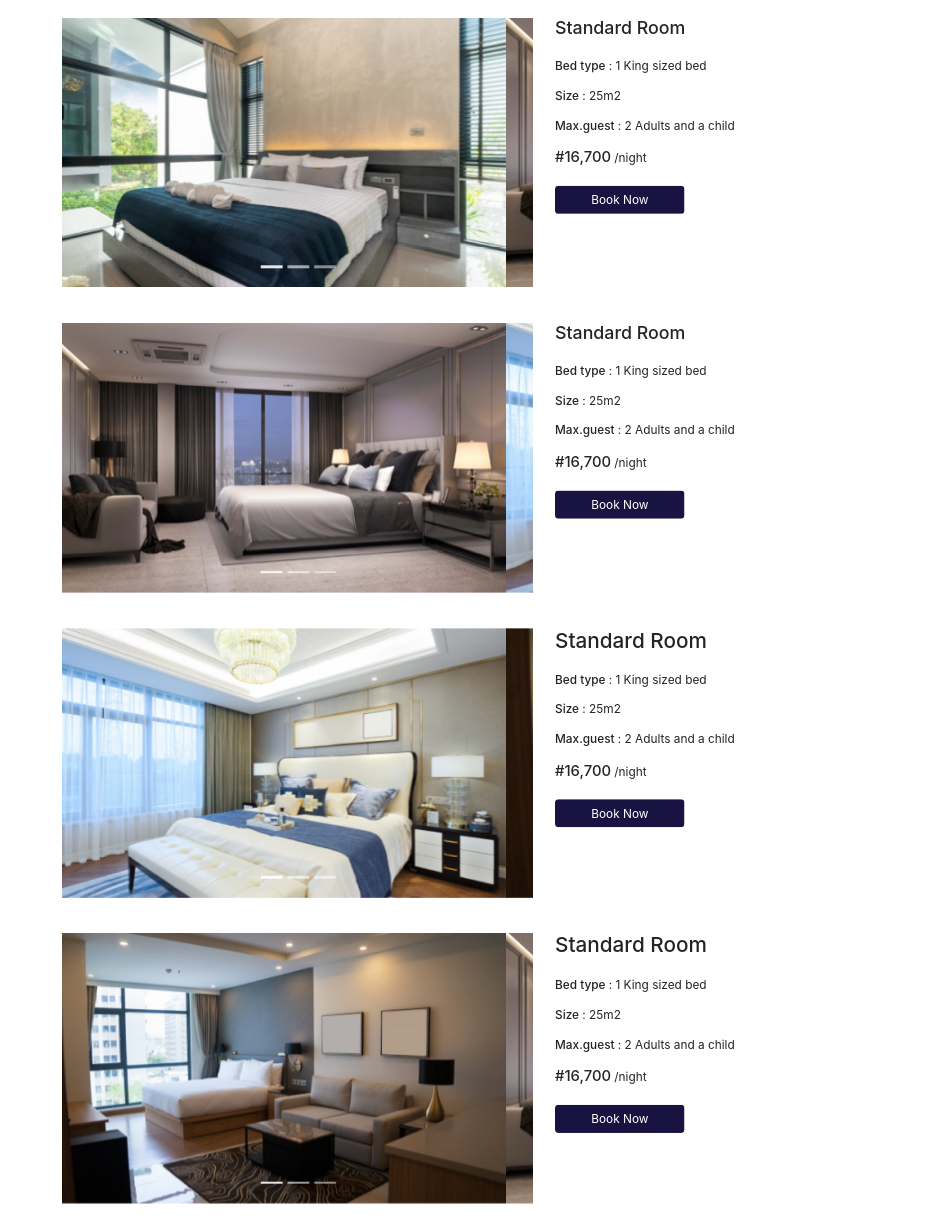
Repository: Syfon01/hotel-website
Page: room.html
An editor plug-in stored every save of this project. The page is shown before and after a run of saves, followed by the edit.
The browser window is 1280 px wide. The pictures show the whole page, at 74% of full size.

Above is the page before, as saved 2020-06-08 15:54:02.

### room.html
<!doctype html>
<html lang="en">
  <head>
    <title>Title</title>
    <!-- Required meta tags -->
    <meta charset="utf-8">
    <meta name="viewport" content="width=device-width, initial-scale=1, shrink-to-fit=no">

    <!-- Bootstrap CSS -->
    <link rel="stylesheet" href="https://stackpath.bootstrapcdn.com/bootstrap/4.3.1/css/bootstrap.min.css" integrity="sha384-ggOyR0iXCbMQv3Xipma34MD+dH/1fQ784/j6cY/iJTQUOhcWr7x9JvoRxT2MZw1T" crossorigin="anonymous">
    <link rel="stylesheet" href="room.css">
  </head>
  <body>
      <div class="container">
        <div class="row py-4">
          <div class="col-md-7 col-lg-7 col-12 col-sm-12">
            <div id="carouselExampleIndicators" class="carousel slide" data-ride="carousel">
              <ol class="carousel-indicators">
                <li data-target="#carouselExampleIndicators" data-slide-to="0" class="active"></li>
                <li data-target="#carouselExampleIndicators" data-slide-to="1"></li>
                <li data-target="#carouselExampleIndicators" data-slide-to="2"></li>
              </ol>
              <div class="carousel-inner">
                <div class="carousel-item active">
                  <img src="./img/hotel1.png" class="d-block w-100 h-50 img-fluid" alt="...">
                </div>
                <div class="carousel-item">
                  <img src="./img/hotel2.png" class="d-block w-100 img-fluid" alt="...">
                </div>
                <div class="carousel-item">
                  <img src="./img/hotel3.png" class="d-block w-100 img-fluid" alt="...">
                </div>
              </div>

            </div>
          </div>
          <div class="col-md-5 col-lg-5 col-12 col-sm-12">
            <h4 class="text-purple mb-4">Standard Room</h4>
            <p class="text-purple"><span class="p-font-weight">Bed type </span>: 1 King sized bed</p>
            <p class="text-purple"><span class="p-font-weight">Size</span> : 25m2</p>
            <p class="text-purple"><span class="p-font-weight">Max.guest </span>: 2 Adults and a child</p>
            <p class="text-purple mb-4"><span class="p-font-weight p-20">#16,700</span> /night</p>
            <button class="btn btn-purple px-5">Book Now</button>
          </div>
        </div>

        <div class="row py-4">
          <div class="col-md-7 col-lg-7 col-12 col-sm-12">
            <div id="carouselExampleIndicators" class="carousel slide" data-ride="carousel">
              <ol class="carousel-indicators">
                <li data-target="#carouselExampleIndicators" data-slide-to="0" class="active"></li>
                <li data-target="#carouselExampleIndicators" data-slide-to="1"></li>
                <li data-target="#carouselExampleIndicators" data-slide-to="2"></li>
              </ol>
              <div class="carousel-inner">
                <div class="carousel-item active">
                  <img src="./img/hotel2.png" class="d-block w-100 h-50 img-fluid" alt="...">
                </div>
                <div class="carousel-item">
                  <img src="./img/hotel3.png" class="d-block w-100 img-fluid" alt="...">
                </div>
                <div class="carousel-item">
                  <img src="./img/hotel4.png" class="d-block w-100 img-fluid" alt="...">
                </div>
              </div>

            </div>
          </div>
          <div class="col-md-5 col-lg-5 col-12 col-sm-12">
            <h4 class="text-purple mb-4">Standard Room</h4>
            <p class="text-purple"><span class="p-font-weight">Bed type </span>: 1 King sized bed</p>
            <p class="text-purple"><span class="p-font-weight">Size</span> : 25m2</p>
            <p class="text-purple"><span class="p-font-weight">Max.guest </span>: 2 Adults and a child</p>
            <p class="text-purple mb-4"><span class="p-font-weight p-20">#16,700</span> /night</p>
            <button class="btn btn-purple px-5">Book Now</button>
          </div>
        </div>

        <div class="row py-4">
          <div class="col-md-7 col-lg-7 col-12 col-sm-12">
            <div id="carouselExampleIndicators" class="carousel slide" data-ride="carousel">
              <ol class="carousel-indicators">
                <li data-target="#carouselExampleIndicators" data-slide-to="0" class="active"></li>
                <li data-target="#carouselExampleIndicators" data-slide-to="1"></li>
                <li data-target="#carouselExampleIndicators" data-slide-to="2"></li>
              </ol>
              <div class="carousel-inner">
                <div class="carousel-item active">
                  <img src="./img/hotel3.png" class="d-block w-100 h-50 img-fluid" alt="...">
                </div>
                <div class="carousel-item">
                  <img src="./img/hotel4.png" class="d-block w-100 img-fluid" alt="...">
                </div>
                <div class="carousel-item">
                  <img src="./img/hotel1.png" class="d-block w-100 img-fluid" alt="...">
                </div>
              </div>

            </div>
          </div>
          <div class="col-md-5 col-lg-5 col-12 col-sm-12">
            <h3 class="text-purple mb-4">Standard Room</h3>
            <p class="text-purple"><span class="p-font-weight">Bed type </span>: 1 King sized bed</p>
            <p class="text-purple"><span class="p-font-weight">Size</span> : 25m2</p>
            <p class="text-purple"><span class="p-font-weight">Max.guest </span>: 2 Adults and a child</p>
            <p class="text-purple mb-4"><span class="p-font-weight p-20">#16,700</span> /night</p>
            <button class="btn btn-purple px-5">Book Now</button>
          </div>
        </div>

        <div class="row py-4">
          <div class="col-md-7 col-lg-7 col-12 col-sm-12">
            <div id="carouselExampleIndicators" class="carousel slide" data-ride="carousel">
              <ol class="carousel-indicators">
                <li data-target="#carouselExampleIndicators" data-slide-to="0" class="active"></li>
                <li data-target="#carouselExampleIndicators" data-slide-to="1"></li>
                <li data-target="#carouselExampleIndicators" data-slide-to="2"></li>
              </ol>
              <div class="carousel-inner">
                <div class="carousel-item active">
                  <img src="./img/hotel4.png" class="d-block w-100 h-50 img-fluid" alt="...">
                </div>
                <div class="carousel-item">
                  <img src="./img/hotel2.png" class="d-block w-100 img-fluid" alt="...">
                </div>
                <div class="carousel-item">
                  <img src="./img/hotel1.png" class="d-block w-100 img-fluid" alt="...">
                </div>
              </div>

            </div>
          </div>
          <div class="col-md-5 col-lg-5 col-12 col-sm-12">
            <h3 class="text-purple mb-4">Standard Room</h3>
            <p class="text-purple"><span class="p-font-weight">Bed type </span>: 1 King sized bed</p>
            <p class="text-purple"><span class="p-font-weight">Size</span> : 25m2</p>
            <p class="text-purple"><span class="p-font-weight">Max.guest </span>: 2 Adults and a child</p>
            <p class="text-purple mb-4"><span class="p-font-weight p-20">#16,700</span> /night</p>
            <button class="btn btn-purple px-5">Book Now</button>
          </div>
        </div>
      </div>
    <!-- Optional JavaScript -->
    <!-- jQuery first, then Popper.js, then Bootstrap JS -->
    <script src="https://code.jquery.com/jquery-3.3.1.slim.min.js" integrity="sha384-q8i/X+965DzO0rT7abK41JStQIAqVgRVzpbzo5smXKp4YfRvH+8abtTE1Pi6jizo" crossorigin="anonymous"></script>
    <script src="https://cdnjs.cloudflare.com/ajax/libs/popper.js/1.14.7/umd/popper.min.js" integrity="sha384-UO2eT0CpHqdSJQ6hJty5KVphtPhzWj9WO1clHTMGa3JDZwrnQq4sF86dIHNDz0W1" crossorigin="anonymous"></script>
    <script src="https://stackpath.bootstrapcdn.com/bootstrap/4.3.1/js/bootstrap.min.js" integrity="sha384-JjSmVgyd0p3pXB1rRibZUAYoIIy6OrQ6VrjIEaFf/nJGzIxFDsf4x0xIM+B07jRM" crossorigin="anonymous"></script>
  </body>
</html>

### room.css
.text-purple:{
 color: #333333
}
.p-font-weight{
  font-weight: 500;
}
.p-20{
  font-size: 20px;
}
p{
  line-height: ;
}
.btn-purple{
  background-color: #191341;
  color: #fff;
  border-radius: 5px;
}

After the next 2 saves:
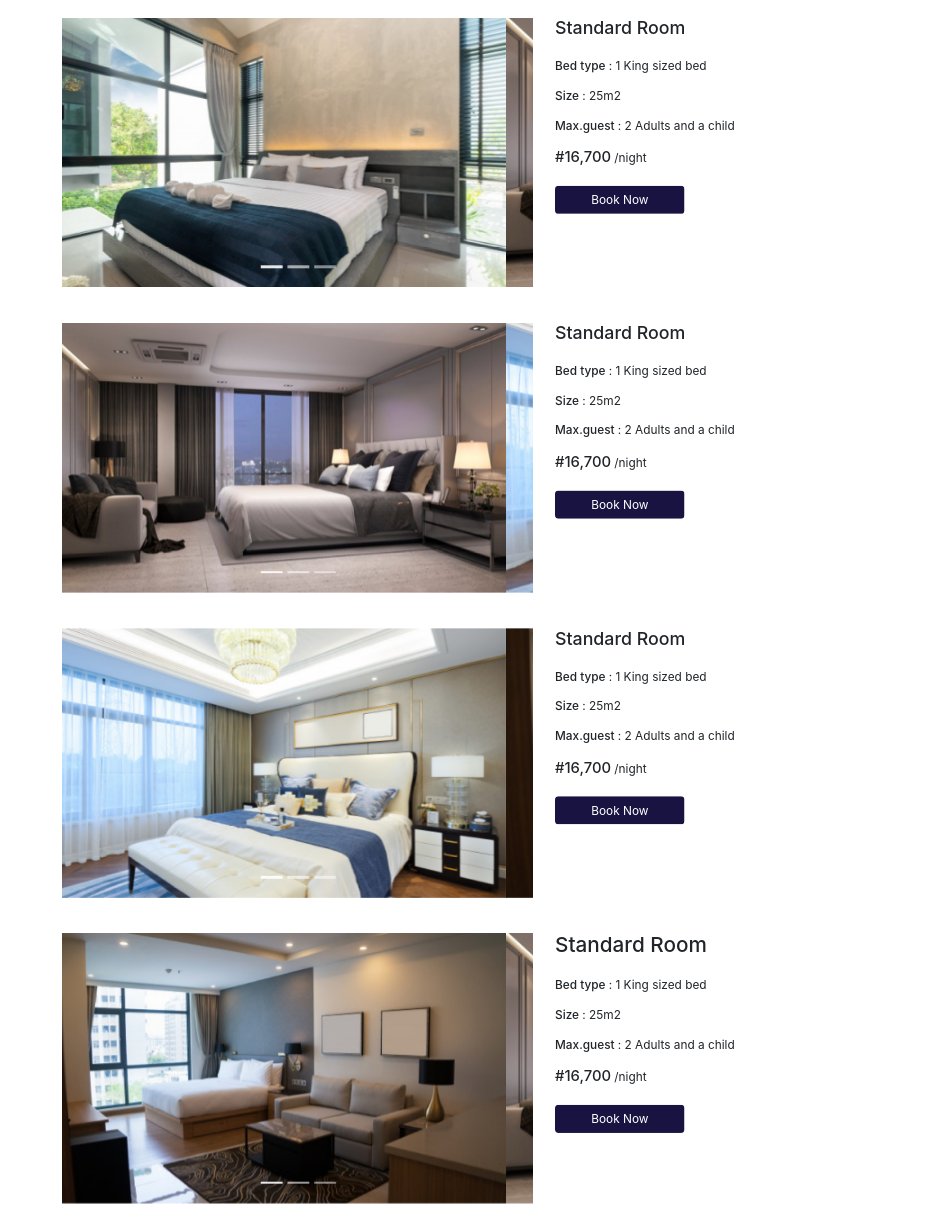
The 2 saves are shown as one change because they came seconds apart.
The last was saved 10 s later.
--- a/room.html
+++ b/room.html
@@ -99,7 +99,7 @@
             </div>
           </div>
           <div class="col-md-5 col-lg-5 col-12 col-sm-12">
-            <h3 class="text-purple mb-4">Standard Room</h3>
+            <h4 class="text-purple mb-4">Standard Room</h4>
             <p class="text-purple"><span class="p-font-weight">Bed type </span>: 1 King sized bed</p>
             <p class="text-purple"><span class="p-font-weight">Size</span> : 25m2</p>
             <p class="text-purple"><span class="p-font-weight">Max.guest </span>: 2 Adults and a child</p>
